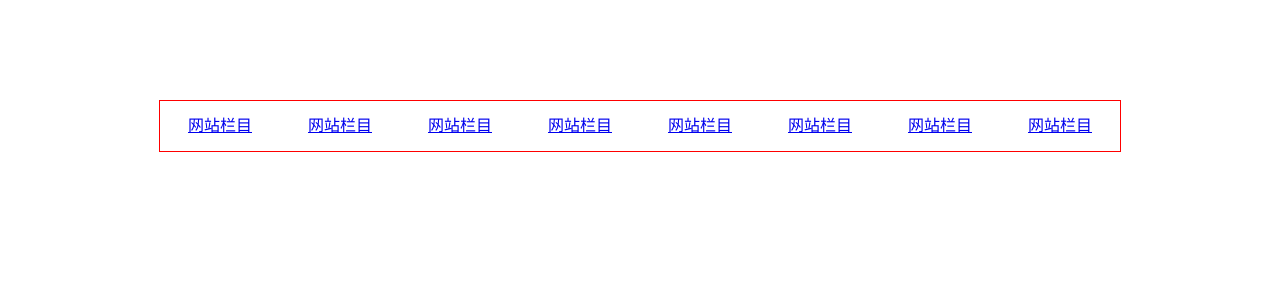
Repository: Germtao/Web
Page: web_css/css_伪类.html
An editor plug-in stored every save of this project. The page is shown before and after the next save, followed by the edit.
The browser window is 1280 px wide. The pictures show the whole page.

Above is the page before, as saved 2020-10-29 10:07:10.

### web_css/css_伪类.html
<!DOCTYPE html
  PUBLIC "-//W3C//DTD XHTML 1.0 Transitional//EN" "http://www.w3.org/TR/xhtml1/DTD/xhtml1-transitional.dtd">
<html xmlns="http://www.w3.org/1999/xhtml" xml:lang="en">

<head>
  <meta http-equiv="Content-Type" content="text/html;charset=UTF-8">
  <title>css-伪类</title>
  <style type="text/css">
    * {
      margin: 0;
      padding: 0;
    }

    .nav {
      width: 960px;
      height: 50px;
      border: 1px solid red;
      margin: 100px auto;
    }

    /* 后代选择器: 就是一种平衡：共性、特性的平衡。当要把某一个部分的所有的什么，进行样式改变，就要想到后代选择器 */
    .nav ul {
      /* 去掉小圆点 */
      list-style: none;
    }

    .nav ul li {
      float: left;
      width: 120px;
      height: 50px;
      text-align: center;
      line-height: 50px;
    }

    .nav ul li a {
      display: block;
      width: 120px;
      height: 50px;
    }

    /* 两个伪类的属性，可以用逗号隔开 */
    .nav ul li a:link,
    .nav ul li a:visited {}
  </style>
</head>

<body>
  <div class="nav">
    <ul>
      <li><a href="#">网站栏目</a></li>
      <li><a href="#">网站栏目</a></li>
      <li><a href="#">网站栏目</a></li>
      <li><a href="#">网站栏目</a></li>
      <li><a href="#">网站栏目</a></li>
      <li><a href="#">网站栏目</a></li>
      <li><a href="#">网站栏目</a></li>
      <li><a href="#">网站栏目</a></li>
    </ul>
  </div>
</body>

</html>

After the next save:
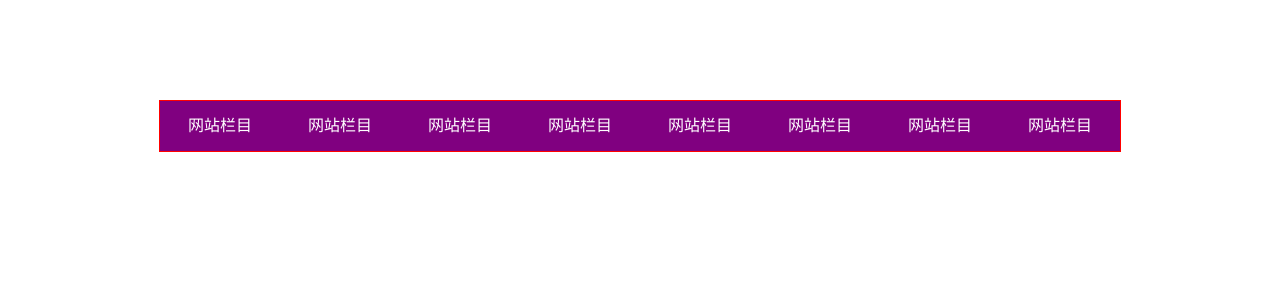
Saved 45 s later.
--- a/web_css/css_伪类.html
+++ b/web_css/css_伪类.html
@@ -40,7 +40,15 @@
 
     /* 两个伪类的属性，可以用逗号隔开 */
     .nav ul li a:link,
-    .nav ul li a:visited {}
+    .nav ul li a:visited {
+      text-decoration: none;
+      background-color: purple;
+      color: white;
+    }
+
+    .nav ul li a:hover {
+      background-color: orange;
+    }
   </style>
 </head>
 
